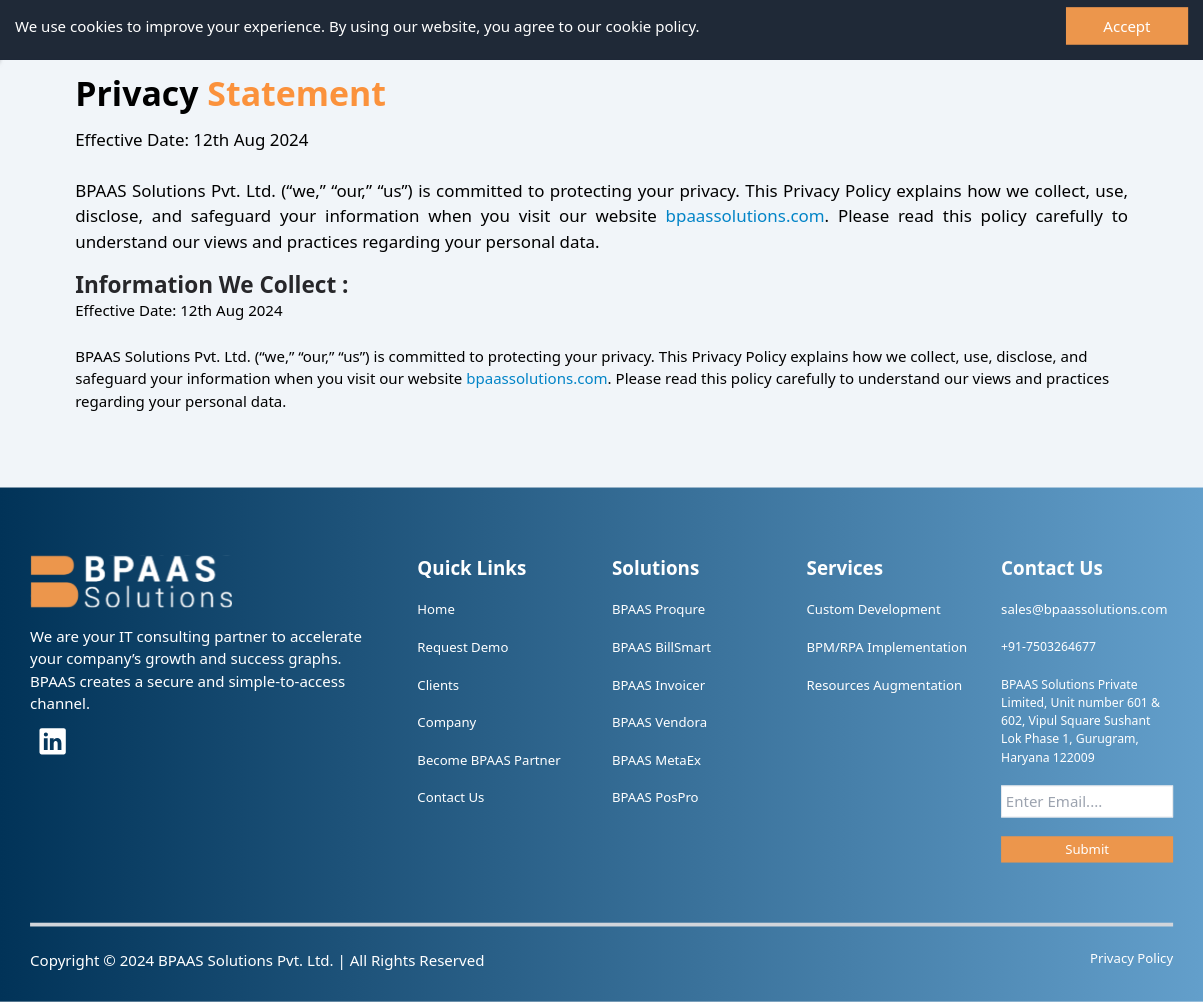
Repository: captainalpha/BP-Website
Page: /services/bp-services
These files come from the project's save history. The page is drawn as it stood at one moment and after a run of saves; the edit follows.
The browser window is 1280 px wide. The pictures show the part of the page from y = 656 to 1722 px (the page is 1722 px tall before and 1715 px after), at 94% of full size.
The project was rebuilt for these pictures with package versions that can differ from the ones it lists, and the page was loaded fresh each time. The framework's server and built-in components were replaced by stand-ins that run in the browser. Also part of the build but not shown: next.config.js, components/common/TopBanner.js, components/common/SectionHeader.js.

Above is the page before, as saved 2024-08-13 15:20:42.

### pages/_app.js
import Navbar from "../components/common/Navbar";
import "../styles/globals.css";
import Footer from "../components/common/Footer";

import "swiper/css";
import "swiper/css/navigation";
import "swiper/css/pagination";



import { motion, AnimatePresence } from "framer-motion";
import CookiesMain from "../components/common/CookiesMain";

// import styles from './slider.module.scss'
function MyApp({ Component, pageProps, router }) {
  const spring = {
    type: "spring",
    damping: 20,
    stiffness: 100,
    when: "afterChildren",
  };
  return (
    <>
      <div className="z-50 scroll-smooth">
        <Navbar />
      </div>
      <AnimatePresence>
        <div className="page-transition-wrapper">
          <motion.div
            transition={spring}
            key={router.pathname}
            initial={{ y: -300, opacity: 0 }}
            animate={{ y: 0, opacity: 1 }}
            exit={{ y: 300, opacity: 0 }}
            id="page-transition-container"
          >
            <Component {...pageProps} /> <Footer />{" "}
            <CookiesMain/>
          </motion.div>
        </div>
      </AnimatePresence>
    </>
  );
}

export default MyApp;

### pages/services/bp-services.js
import TopBanner from "../../components/common/TopBanner";
import SectionHeader from "../../components/common/SectionHeader";
import TopBanner2 from "../../components/common/TopBanner2";
import Image from "next/image";
import Link from "next/link";

function BpServices() {
  return (
    <div>
      <div className="relative">
        <TopBanner2
          image={"/images/policy-service2.jpg"}
          title="Privacy Policy"
          discription="This Privacy Policy explains how we collect, use, disclose, and safeguard your information when you visit our website."
          btnShow={false}
        />
        <div className="absolute top-[1em] right-[10em]">
          <Image
            src="/images/privacypolicy2.png"
            className="w-1/2 mx-auto"
            width="500"
            height="500"
            alt="customer-developement"
          />
        </div>
      </div>

      <div className=" bg-slate-100  p-[5em]">
        <div className="container mx-auto max-w-6xl">
          <div className="text-left">
            <h1 className="lg:text-4xl text-3xl font-bold capitalize ">
              <span>Privacy</span>{" "}
              <span className="text-[#fb923c]">Statement</span>
            </h1>
          </div>
          <div className="mt-4">
            {/* <h1 className="text-1xl font-bold text-zinc-800">Objective:</h1> */}
            <p className="text-[18px] text-justify">
              Effective Date: 12th Aug 2024 <br/><br/> BPAAS Solutions Pvt. Ltd. (“we,”
              “our,” “us”) is committed to protecting your privacy. This Privacy
              Policy explains how we collect, use, disclose, and safeguard your
              information when you visit our website  {' '}
              <Link passHref href="/">
            <a className="text-sky-600 hover:text-orange">
            bpaassolutions.com
            </a>
          </Link>
              . Please read this policy
              carefully to understand our views and practices regarding your
              personal data.
            </p>
          </div>
          <div className="mt-4">
            <h1 className="text-2xl font-bold text-zinc-800">Information We Collect :</h1>
            <p>
              Effective Date: 12th Aug 2024 <br/><br/> BPAAS Solutions Pvt. Ltd. (“we,”
              “our,” “us”) is committed to protecting your privacy. This Privacy
              Policy explains how we collect, use, disclose, and safeguard your
              information when you visit our website  {' '}
              <Link passHref href="/"><a className="text-sky-600 hover:text-orange">bpaassolutions.com</a></Link>.
              Please read this policy carefully to understand our views and practices regarding your personal data.
            </p>
          </div>
        </div>
      </div>
    </div>
  );
}

export default BpServices;

### styles/globals.css
@tailwind base;
@tailwind components;
@tailwind utilities;

.mySwiper {
  padding: 0 3rem;
}
.swiper-button-next {
  color: white;
  font-size: 20px !important;
}
.swiper-button-prev {
  color: white;
  font-size: 20px !important;
}
.swiper-button-prev:after {
  color: white;
  font-size: 20px !important;
}
.swiper-button-next:after {
  color: white;
  font-size: 20px !important;
}
.container-bpaas{
  max-width: 1100px;
}

/* .swiper-button-prev {

  background-image: url("data:[embedded picture, 251 characters]");
} */
.swiper-button-prev:after {

  border: 2px solid white;
  border-radius: 30%;
  /* width: 25%; */
  background: #ec964c;
  padding: 20%;
}
/* .swiper-button-next {
  background-image: url("data:[embedded picture, 251 characters]");
} */
.swiper-button-next:after {

  border: 2px solid white;
  border-radius: 30%;
  /* width: 25%; */
  background: #ec964c;
  padding: 20%;
}

@media only screen and (max-width: 600px) {
  .swiper-button-next:after {
    display: none;
  }
}
@media only screen and (max-width: 600px) {
  .swiper-button-prev:after {
    display: none;
  }
}




/*OEM Modal */
@layer utilities {
  @keyframes modalOpen {
    0% {
      clip-path: polygon(0 0, 0 0, 0 100%, 0 100%);
      opacity: 0;
    }
    100% {
      clip-path: polygon(0 0, 100% 0, 100% 100%, 0 100%);
      opacity: 1;
    }
  }

  @keyframes modalClose {
    0% {
      clip-path: polygon(0 0, 100% 0, 100% 100%, 0 100%);
      opacity: 1;
    }
    100% {
      clip-path: polygon(50% 0, 50% 0, 50% 100%, 50% 100%);
      opacity: 0;
    }
  }

  .animate-modalOpen {
    animation: modalOpen 0.5s forwards;
  }

  .animate-modalClose {
    animation: modalClose 0.5s forwards;
  }

  .custom-aspect-ratio {
    box-shadow: rgba(149, 157, 165, 0.2) 0px 8px 24px;
    aspect-ratio: 3 / 2;
  }
}

### components/common/Footer.js
import Image from "next/image";
import Link from "next/link";

export default function Footer() {
  return (
    <footer className=" bg-gradient-to-r from-primary to-secondary text-white p-5 md:p-8">
      <div className="  py-10 ">
        <div className="lg:grid lg:grid-cols-9 gap-5">
          <div className="w-full  lg:col-span-3">
            <div className=" space-y-3">
              <div className="">
                <Image
                  alt=""
                  src={require("../../assets/bpass-logo-white.svg")}
                />
              </div>

              <p className="max-w-sm mt-4 ">
                We are your IT consulting partner to accelerate your company’s
                growth and success graphs. BPAAS creates a secure and
                simple-to-access channel.
              </p>

              <div className="flex mt-4 ">
                <a
                  href="https://www.linkedin.com/company/bpaas-solutions-pvt-ltd/"
                  className="mx-2 "
                  aria-label="Linkden"
                >
                  <svg className="w-8 h-8 fill-current" viewBox="0 0 512 512">
                    <path d="M444.17,32H70.28C49.85,32,32,46.7,32,66.89V441.61C32,461.91,49.85,480,70.28,480H444.06C464.6,480,480,461.79,480,441.61V66.89C480.12,46.7,464.6,32,444.17,32ZM170.87,405.43H106.69V205.88h64.18ZM141,175.54h-.46c-20.54,0-33.84-15.29-33.84-34.43,0-19.49,13.65-34.42,34.65-34.42s33.85,14.82,34.31,34.42C175.65,160.25,162.35,175.54,141,175.54ZM405.43,405.43H341.25V296.32c0-26.14-9.34-44-32.56-44-17.74,0-28.24,12-32.91,23.69-1.75,4.2-2.22,9.92-2.22,15.76V405.43H209.38V205.88h64.18v27.77c9.34-13.3,23.93-32.44,57.88-32.44,42.13,0,74,27.77,74,87.64Z" />
                  </svg>
                </a>

                {/* <a href="/contact-us" className="mx-2 " aria-label="Facebook">
                  <svg className="w-4 h-4 fill-current" viewBox="0 0 512 512">
                    <path d="M455.27,32H56.73A24.74,24.74,0,0,0,32,56.73V455.27A24.74,24.74,0,0,0,56.73,480H256V304H202.45V240H256V189c0-57.86,40.13-89.36,91.82-89.36,24.73,0,51.33,1.86,57.51,2.68v60.43H364.15c-28.12,0-33.48,13.3-33.48,32.9V240h67l-8.75,64H330.67V480h124.6A24.74,24.74,0,0,0,480,455.27V56.73A24.74,24.74,0,0,0,455.27,32Z" />
                  </svg>
                </a>

                <a href="/contact-us" className="mx-2 " aria-label="Twitter">
                  <svg className="w-4 h-4 fill-current" viewBox="0 0 512 512">
                    <path d="M496,109.5a201.8,201.8,0,0,1-56.55,15.3,97.51,97.51,0,0,0,43.33-53.6,197.74,197.74,0,0,1-62.56,23.5A99.14,99.14,0,0,0,348.31,64c-54.42,0-98.46,43.4-98.46,96.9a93.21,93.21,0,0,0,2.54,22.1,280.7,280.7,0,0,1-203-101.3A95.69,95.69,0,0,0,36,130.4C36,164,53.53,193.7,80,211.1A97.5,97.5,0,0,1,35.22,199v1.2c0,47,34,86.1,79,95a100.76,100.76,0,0,1-25.94,3.4,94.38,94.38,0,0,1-18.51-1.8c12.51,38.5,48.92,66.5,92.05,67.3A199.59,199.59,0,0,1,39.5,405.6,203,203,0,0,1,16,404.2,278.68,278.68,0,0,0,166.74,448c181.36,0,280.44-147.7,280.44-275.8,0-4.2-.11-8.4-.31-12.5A198.48,198.48,0,0,0,496,109.5Z" />
                  </svg>
                </a> */}
              </div>
            </div>
          </div>

          <div className="mt-6 lg:mt-0 lg:flex-1 lg:col-span-6">
            <div className="grid grid-cols-2 gap-6 sm:grid-cols-3 md:grid-cols-4">
              <div className="space-y-5">
                <h3 className="text-xl font-bold ">Quick Links</h3>
                <Link passHref href="/">
                  <a className="block  text-sm  hover:underline hover:text-orange">
                    Home
                  </a>
                </Link>

                <Link passHref href="/request-demo">
                  <a className="block  text-sm  hover:underline hover:text-orange">
                    Request Demo
                  </a>
                </Link>
                <Link passHref href="/clients">
                  <a className="block  text-sm  hover:underline hover:text-orange">
                    Clients
                  </a>
                </Link>
                <Link passHref href="/about-us">
                  <a className="block  text-sm  hover:underline hover:text-orange">
                    Company
                  </a>
                </Link>
                <Link passHref href="/become-partner">
                  <a className="block  text-sm  hover:underline hover:text-orange">
                    Become BPAAS Partner
                  </a>
                </Link>
                <Link passHref href="/contact-us">
                  <a className="block  text-sm  hover:underline hover:text-orange">
                    Contact Us
                  </a>
                </Link>
              </div>

              <div className="space-y-5">
                <h3 className="text-xl font-bold">Solutions</h3>
                <Link passHref href="/solutions/bpaas-proqure">
                  <a className="block  text-sm  hover:underline hover:text-orange">
                    BPAAS Proqure
                  </a>
                </Link>
                <Link passHref href="/solutions/bpaas-billsmart">
                  <a className="block  text-sm  hover:underline hover:text-orange">
                    BPAAS BillSmart
                  </a>
                </Link>
                <Link passHref href="/solutions/bpaas-invoicer">
                  <a className="block  text-sm  hover:underline hover:text-orange">
                    BPAAS Invoicer
                  </a>
                </Link>
                <Link passHref href="/solutions/bpaas-vendora">
                  <a className="block  text-sm  hover:underline hover:text-orange">
                    BPAAS Vendora
                  </a>
                </Link>
                {/* <Link passHref href="/solutions/bpaas-smartex">
                  <a className="block  text-sm  hover:underline hover:text-orange">
                    BPAAS SmartEx
                  </a>
                </Link> */}
                <a
                  className="block  text-sm  hover:underline hover:text-orange"
                  href="https://metasolve.io/"
                  target="_blank"
                  rel="noreferrer"
                >
                  BPAAS MetaEx
                </a>
                <Link passHref href="/solutions/bpaas-pospro">
                  <a className="block  text-sm  hover:underline hover:text-orange">
                    BPAAS PosPro
                  </a>
                </Link>
              </div>

              <div className="space-y-5">
                <h3 className=" text-xl font-bold  ">Services</h3>

                <Link passHref href="/services/custom-development">
                  <a className="block  text-sm  hover:underline hover:text-orange">
                    Custom Development
                  </a>
                </Link>
                <Link passHref href="/services/bpm-rpa-implementation">
                  <a className="block  text-sm  hover:underline hover:text-orange">
                    BPM/RPA Implementation
                  </a>
                </Link>
                <Link passHref href="/services/resource-augmentation">
                  <a className="block  text-sm  hover:underline hover:text-orange">
                    Resources Augmentation
                  </a>
                </Link>
              </div>

              <div className="space-y-5">
                <h3 className=" text-xl font-bold ">Contact Us</h3>
                {/* <span className="block  text-sm  hover:underline hover:text-orange">
                  abhishek.kumar@bpaassolutions.com
                </span> */}
                <span className="block  text-sm  hover:underline hover:text-orange">
                  sales@bpaassolutions.com
                </span>
                <span className="block  text-[13px]  hover:underline hover:text-orange">
                  +91-7503264677
                </span>
                <span className="block  text-[13px]  hover:underline hover:text-orange">
                  BPAAS Solutions Private Limited, Unit number 601 & 602, Vipul
                  Square Sushant Lok Phase 1, Gurugram, Haryana 122009
                </span>
                <input
                  className="block p-1 outline-none border text-black w-full"
                  placeholder="Enter Email...."
                />
                <button className="text-sm bg-orange px-2 py-1 w-full">
                  Submit
                </button>
              </div>
            </div>
          </div>
        </div>
      </div>
      <hr className="h-1 w-full my-6 bg-gray-300 border-none " />

      <div className="flex justify-between">
        <div>
          <p className="text-center text-white">
            Copyright © 2024 BPAAS Solutions Pvt. Ltd. | All Rights Reserved
          </p>
        </div>
        <div>
          <Link passHref href="/services/bp-services">
            <a className="block  text-sm  hover:underline hover:text-orange">
            Privacy Policy
            </a>
          </Link>
        </div>
      </div>
    </footer>
  );
}

### components/common/CookiesMain.js
import { useState, useEffect } from 'react';
import Cookies from 'js-cookie';


const CookiesMain = () => {
    const [showBanner, setShowBanner] = useState(false);

  useEffect(() => {
    const consent = Cookies.get('cookie-consent');
    if (!consent) {
      setShowBanner(true);
    }
  }, []);

  const acceptCookies = () => {
    Cookies.set('cookie-consent', 'true', { expires: 365 });
    setShowBanner(false);
  };

  if (!showBanner) return null;
  return (
    <>

    <div className="fixed bottom-0 left-0 right-0 bg-gray-800 text-white p-4 flex justify-between items-center z-50">
      <span>We use cookies to improve your experience. By using our website, you agree to our cookie policy.</span>
      <button
        onClick={acceptCookies}
        className="bg-orange text-white px-4 md:px-10 py-2"
      >
        Accept
      </button>
    </div>

    </>
  )
}
export default CookiesMain

### components/common/TopBanner2.js
import Link from "next/link";
function TopBanner2({ image, title, discription, onClick,btnShow}) {
  return (
    <div
      style={{ backgroundImage: `url(${image})` }}
      className={`lg:h-[80vh] h-[60vh] mt-20 w-full text-white flex p-10 items-center bg-no-repeat bg-cover `}
    >
      <div className="space-y-4 lg:w-1/2  md:text-left">
        <h1 className="lg:text-5xl text-3xl font-bold capitalize ">{title}</h1>
        <p className="w-full lg:text-xl lg:text-justify tracking-tighter">
          {discription}
        </p>
    {btnShow&&(
        <Link passHref href="/request-demo">
          <button className="px-8 py-2  border-white border-2 hover:bg-orange font-medium text-xl">
            Request Demo
          </button>
        </Link>
    )}
      </div>
    </div>
  );
}

export default TopBanner2;

### tailwind.config.js
module.exports = {
  content: [
    "./pages/**/*.{js,ts,jsx,tsx}",
    "./components/**/*.{js,ts,jsx,tsx}",
  ],
  theme: {
    extend: {
      keyframes: {
        modalOpen: {
          '0%': { transform: 'scale(0)', opacity: 0 },
          '100%': { transform: 'scale(1)', opacity: 1 },
        },
        modalClose: {
          '0%': { transform: 'scale(1)', opacity: 1 },

        },
        fragmentIn: {
          '0%': { opacity: 0, transform: 'translate(-50px, -50px)' },
          '100%': { opacity: 1, transform: 'translate(0, 0)' },
        },
        fragmentOut: {
          '0%': { opacity: 1, transform: 'translate(0, 0)' },
          '100%': { opacity: 0, transform: 'translate(50px, 50px)' },
        },

      },
      animation: {
        modalOpen: 'modalOpen 0.5s ease-out forwards',
        modalClose: 'modalClose 0.5s ease-in forwards',
        fragmentIn: 'fragmentIn 0.5s ease-out forwards',
        fragmentOut: 'fragmentOut 0.5s ease-in forwards',
      },
      backgroundImage: {
        "testimonial-bg": "url('/img/hero-pattern.svg')",
        "testimonial-bgs": "url('/')",
      },
      colors: {
        primary: "#013358",
        secondary: "#639FCB",
        primaryText: "#1D669C",
        orange: "#EC964C",
        glassEffect:
          "linear-gradient(105.47deg, #FFFFFF -13.63%, rgba(255, 255, 255, 0) 108.8%)",
      },
      backgroundSize: {
        "size-200": "200% 200%",
      },
      backgroundPosition: {
        "pos-0": "0% 0%",
        "pos-100": "100% 100%",
      },
    },
    variants: {
      fill: ["hover", "focus"],
    },
    boxShadow: {
      "3xl": "0 35px 60px -15px rgba(0, 0, 0, 0.3)",
    },
  },
  plugins: [],
};

Loaded but not shown: components/common/Navbar.js (726 lines, source omitted)

After the next 2 saves:
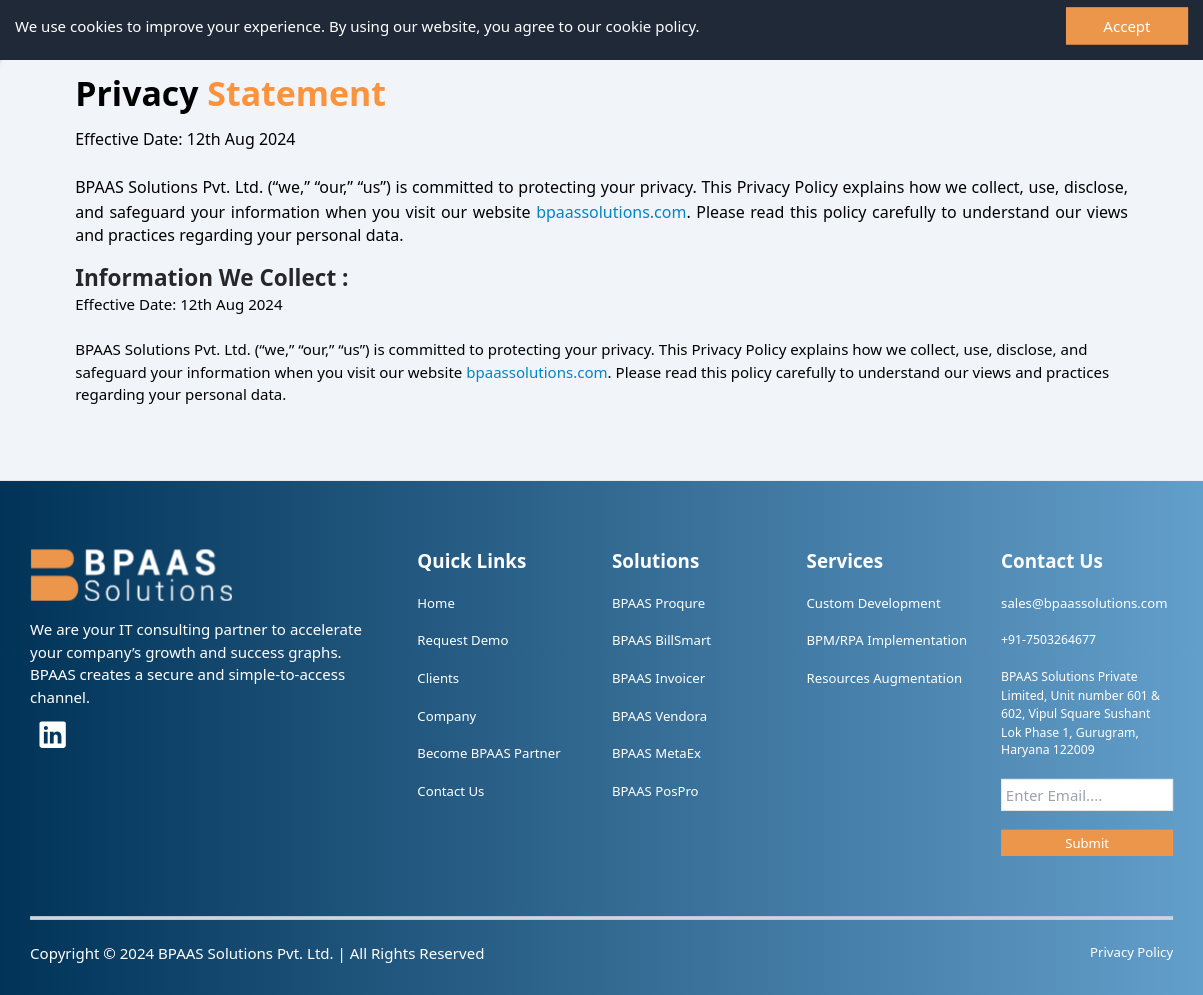
The 2 saves are shown as one change because they came seconds apart.
The last was saved 9 s later.
--- a/pages/services/bp-services.js
+++ b/pages/services/bp-services.js
@@ -35,7 +35,7 @@
           </div>
           <div className="mt-4">
             {/* <h1 className="text-1xl font-bold text-zinc-800">Objective:</h1> */}
-            <p className="text-[18px] text-justify">
+            <p className="text-[17px] text-justify">
               Effective Date: 12th Aug 2024 <br/><br/> BPAAS Solutions Pvt. Ltd. (“we,”
               “our,” “us”) is committed to protecting your privacy. This Privacy
               Policy explains how we collect, use, disclose, and safeguard your
